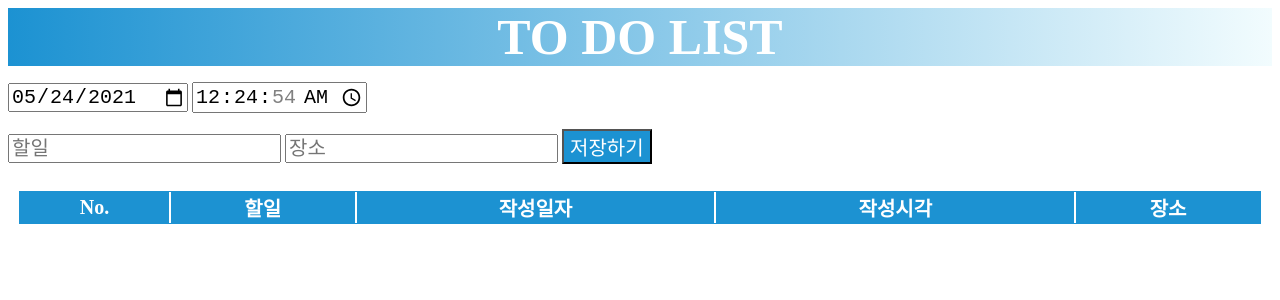
Repository: kimyoungjin98/Exam_Project
Page: http://localhost/Server_PR_TodoList/
These files come from the project's save history. The page is drawn as it stood at one moment and after the next save; the edit follows.
The browser window is 1280 px wide. The pictures show the whole page.
The page is served by Tomcat 9. Queries for data that is not in the repository find no rows.

Above is the page before, as saved 2021-05-24 07:08:53.

After the next save:
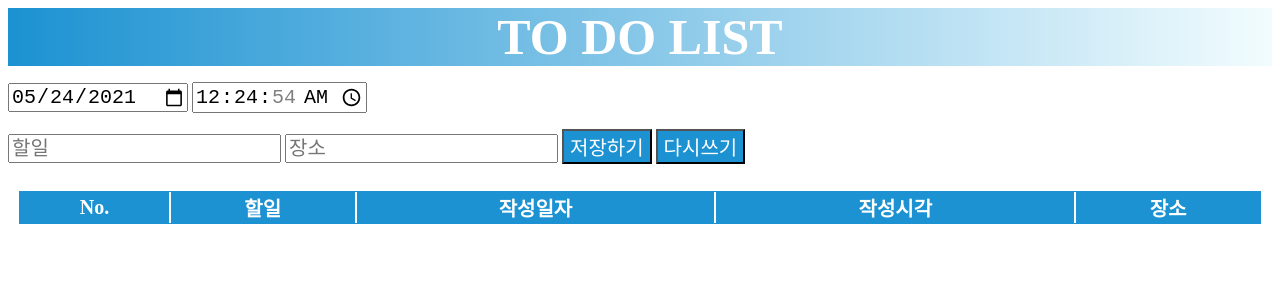
Saved 44 s later.
--- a/Server_PR_TodoList/src/main/webapp/WEB-INF/views/write.jsp
+++ b/Server_PR_TodoList/src/main/webapp/WEB-INF/views/write.jsp
@@ -77,6 +77,7 @@ document.addEventListener("DOMContentLoaded", function(ev){
 	<input name="td_place" placeholder="장소" value="${TD.td_place}">
 
 		<button type="button">저장하기</button>
+		<button type="reset">다시쓰기</button>
 	</form>
 
 </body>
